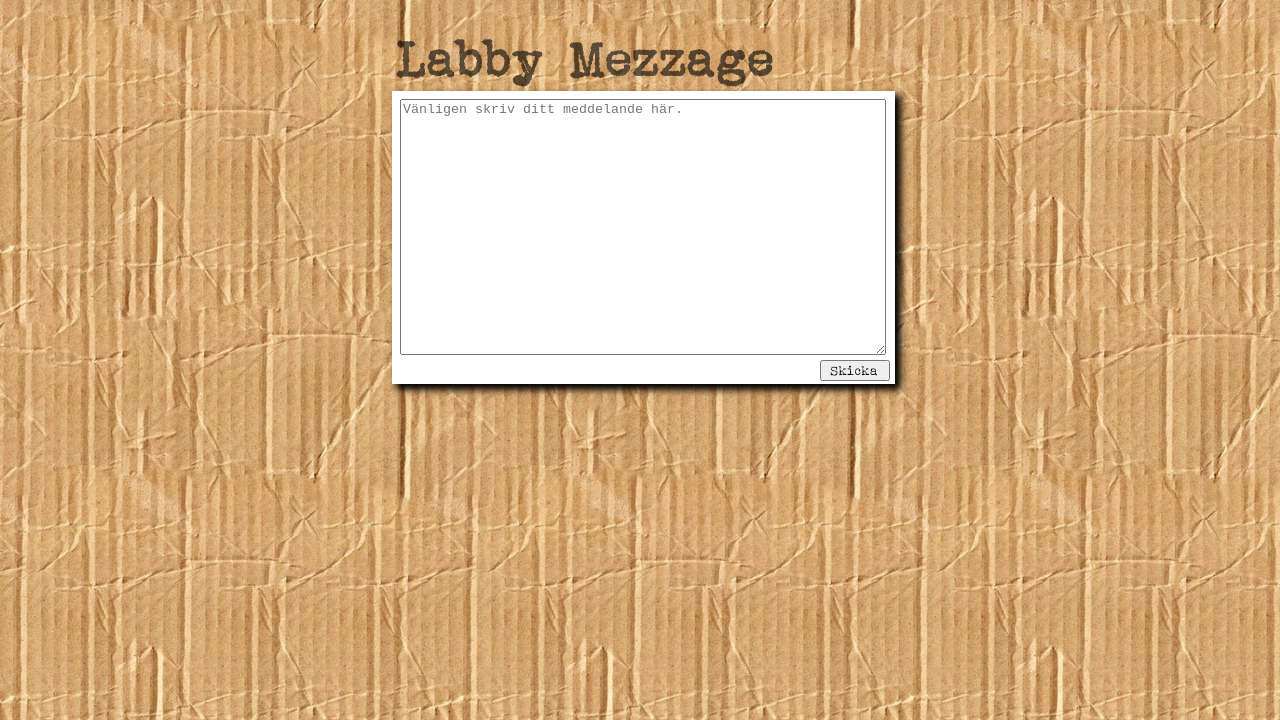
Repository: mw222rs/1dv403-laborationer
Page: 2-labbymezzage/index.html
The author's editor kept a record of every edit. The page is drawn from the files as they stood at one moment, then again after the next edit.
The browser window is 1280 px wide. The pictures show the whole page.

Above is the page before.
Console error: TypeError: Cannot set properties of null (setting 'innerHTML')

After the next edit:
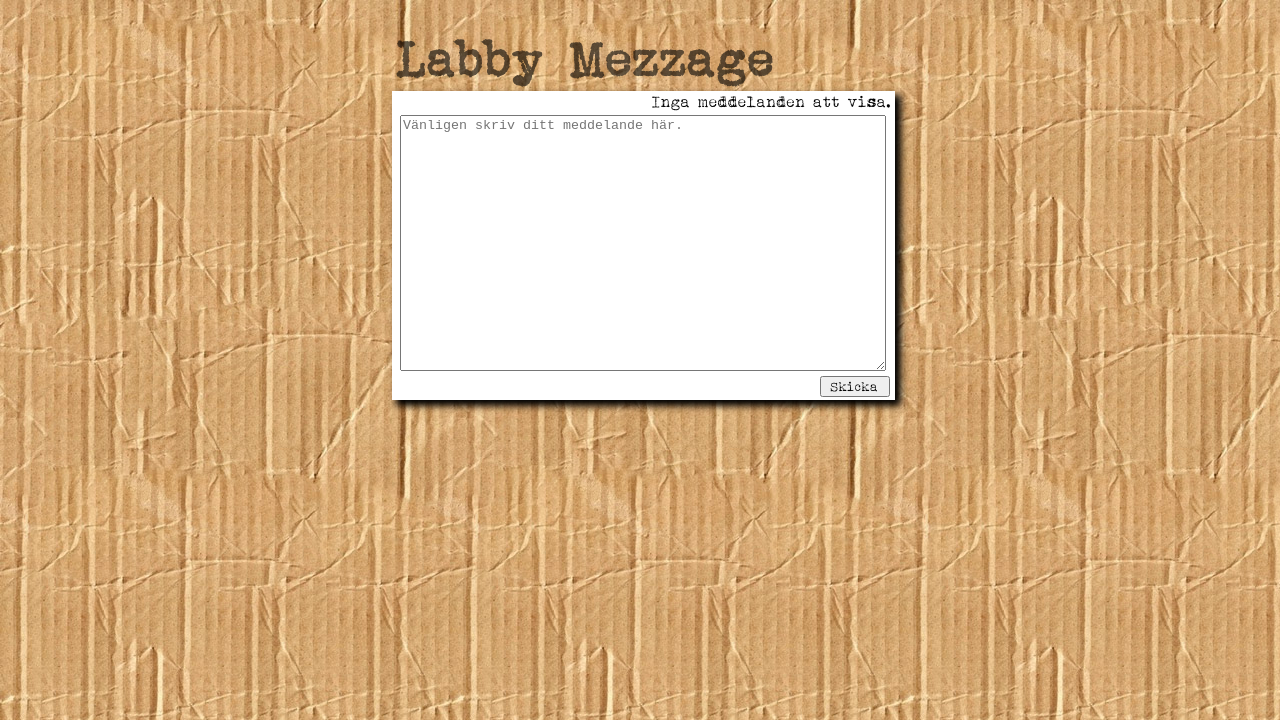
The error is gone.
The edit:
--- a/2-labbymezzage/index.html
+++ b/2-labbymezzage/index.html
@@ -13,6 +13,7 @@
             <div class="messageText"></div>
 
             <div id="board">
+                <p id="counter"></p>
                 <form>
          			<textarea name="text" placeholder="Vänligen skriv ditt meddelande här." id="textArea"></textarea><input id="send" type="submit" value="Skicka" />
          			<p id="value"></p>
